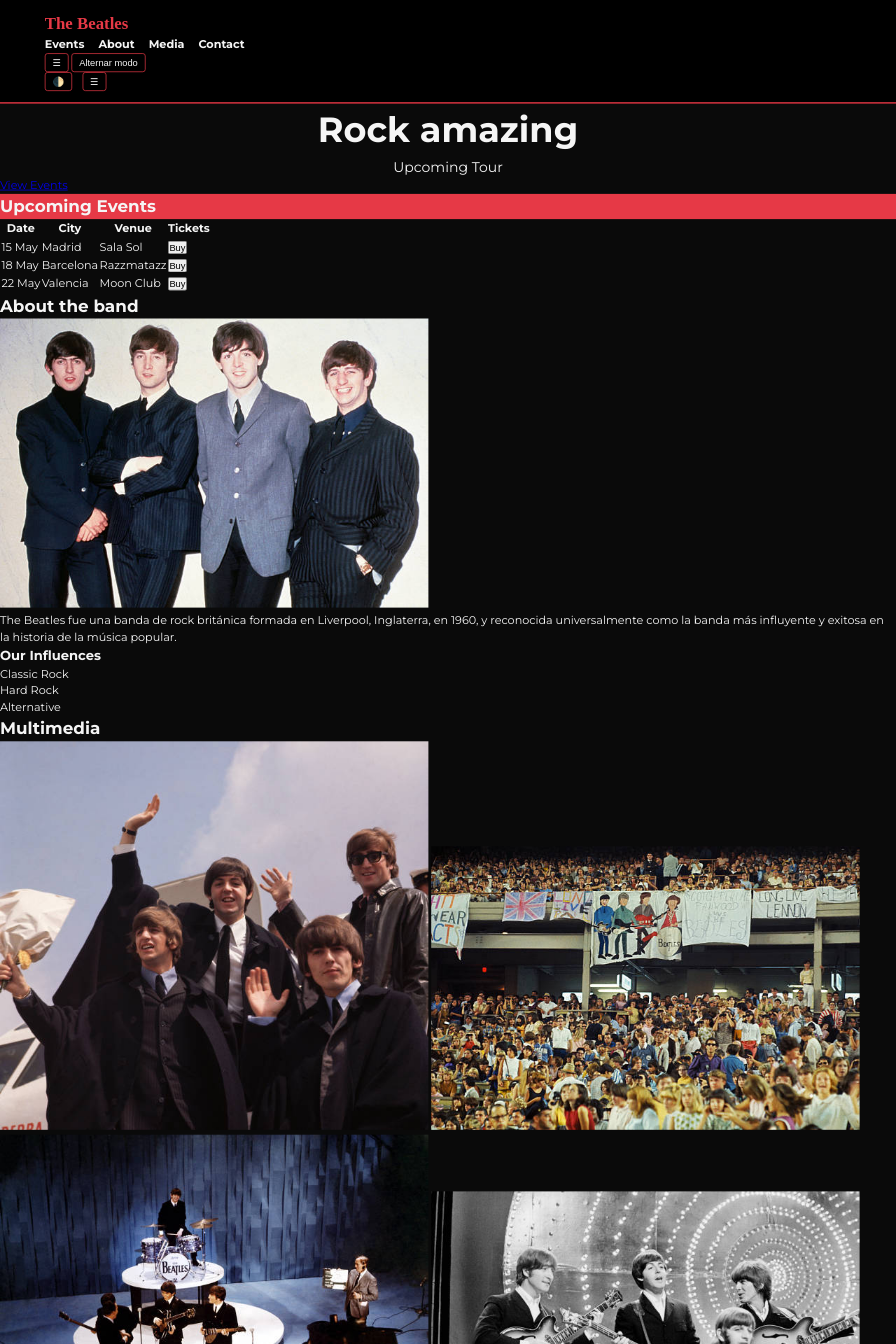
Repository: keiner-dev/Prueba_Desempe-o
Page: index.html
These files come from the project's save history. The page is drawn as it stood at one moment and after a run of saves; the edit follows.
The browser window is 1280 px wide. The pictures show the part of the page from y = 0 to 1920 px (the page is 2628 px tall), at 70% of full size.
Some web fonts or font styles are not loaded; a fallback is used.

Above is the page before, as saved 2026-04-27 14:23:36.

After the next 2 saves:
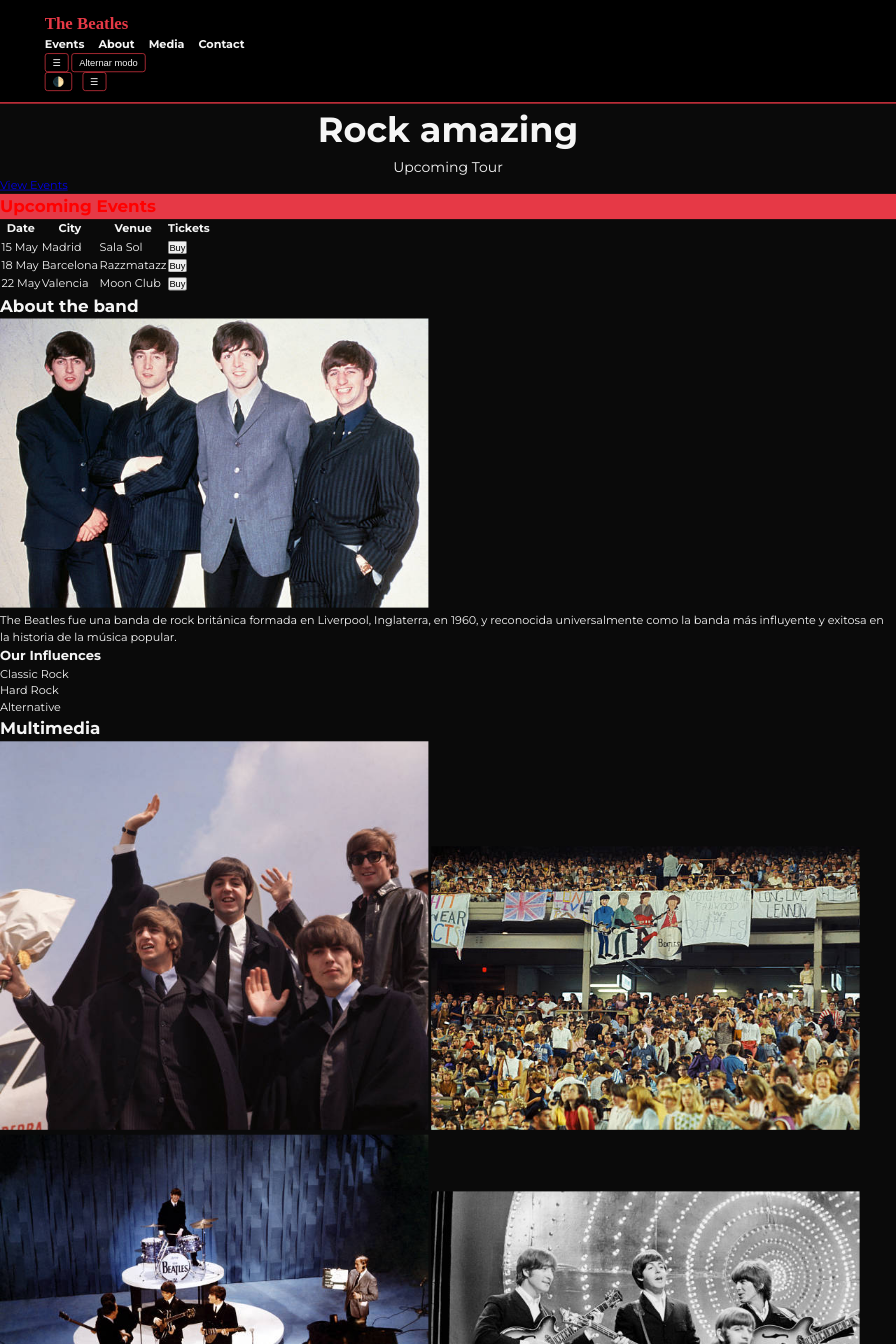
The 2 saves are shown as one change because they came seconds apart.
The last was saved 7 s later.
--- a/styles.css
+++ b/styles.css
@@ -90,5 +90,5 @@
 
 .events_container h2 {
     background-color: var(--primary-color);
-    color   red;
+    color:  red;
 }
